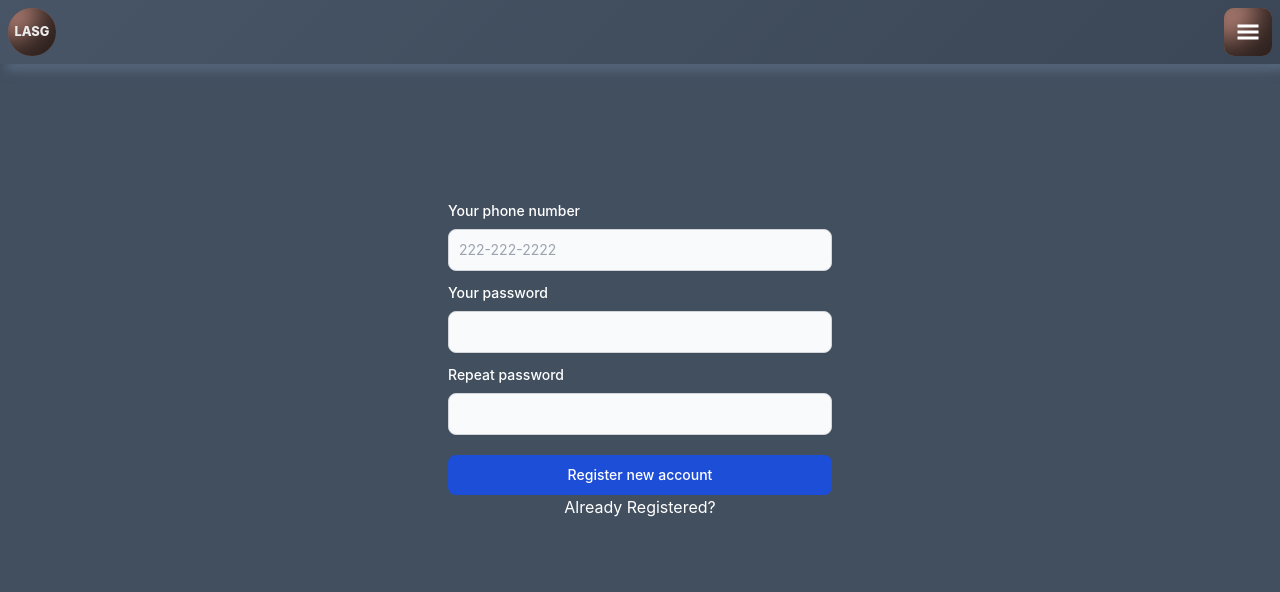
Repository: ShindanoSingi/LA-Swahili-Group
Page: /login (app in client/)
These files come from the project's save history. The page is drawn as it stood at one moment and after the next save; the edit follows.
The browser window is 1280 px wide. The pictures show the whole page.
The project was rebuilt for these pictures with package versions that can differ from the ones it lists, and the page was loaded fresh each time. Also part of the build but not shown: client/src/pages/error/Error.css, client/src/pages/error/Error.js, client/src/pages/home/Home.js, client/src/pages/about/About.js, client/src/pages/contact/Contact.js.

Above is the page before, as saved 2024-02-06 22:46:58.

After the next save:
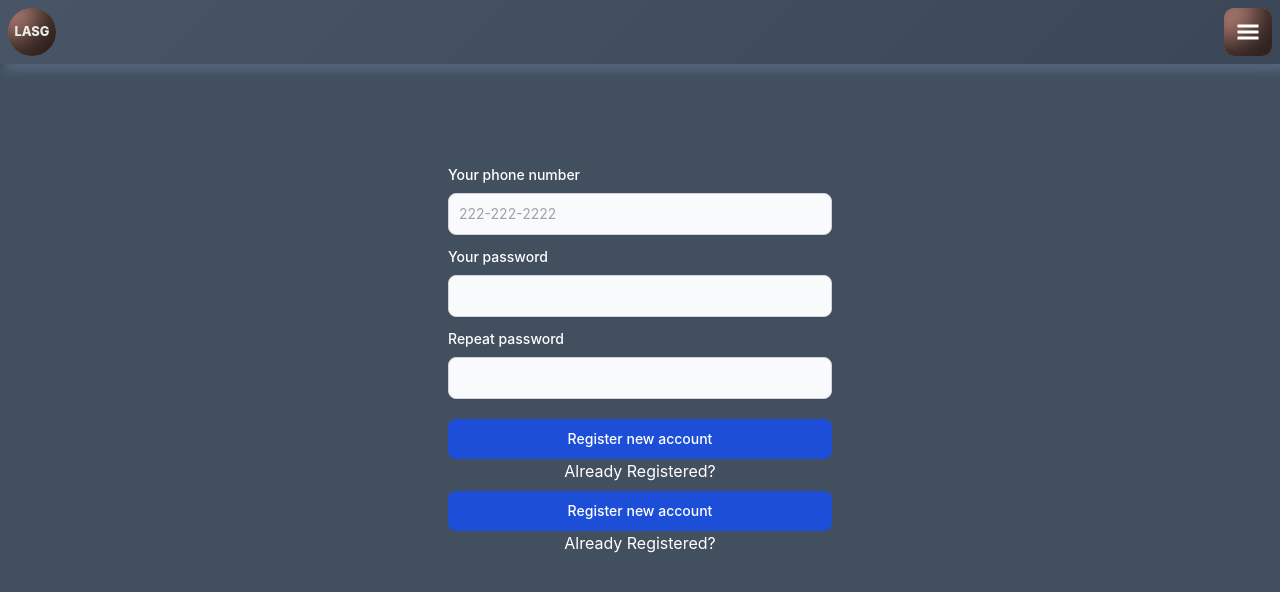
Saved 44 s later.
--- a/client/src/pages/login/Login.js
+++ b/client/src/pages/login/Login.js
@@ -57,6 +57,15 @@ function Login() {
                                     </button>
                                     <p className="text-white text-center">Already Registered?</p>
                               </div>
+                              <div>
+                                    <button
+                                          type="submit"
+                                          className="text-white mt-2 w-full bg-blue-700 hover:bg-blue-800 focus:ring-4 focus:outline-none focus:ring-blue-300 font-medium rounded-lg text-sm px-5 py-2.5 text-center dark:bg-blue-600 dark:hover:bg-blue-700 dark:focus:ring-blue-800"
+                                    >
+                                          Register new account
+                                    </button>
+                                    <p className="text-white text-center">Already Registered?</p>
+                              </div>
                         </form>
                   </div>
             </div>
